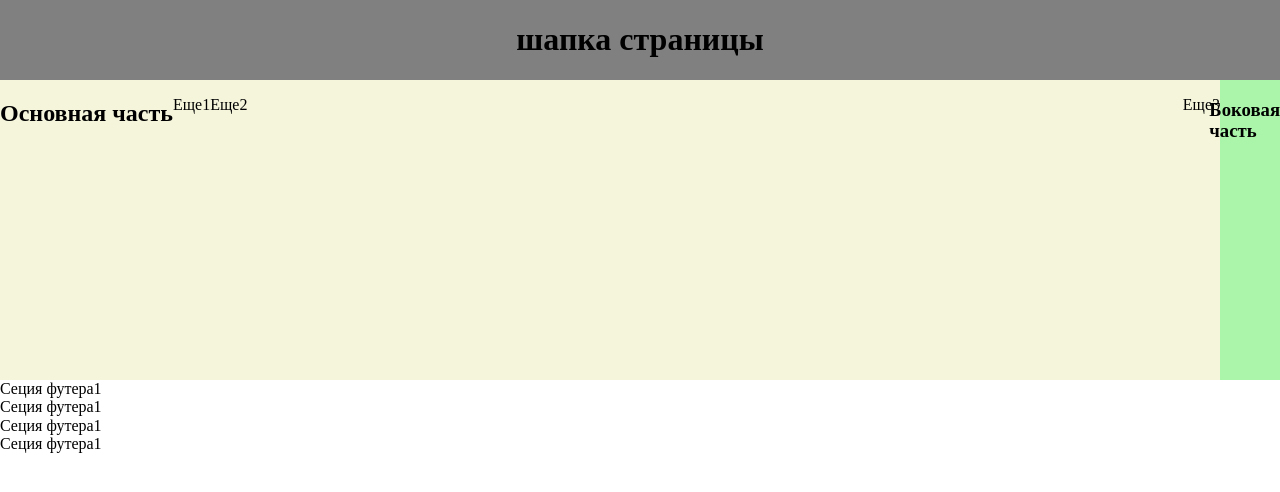
Repository: IrinaGetmanenko/week5
Page: week5/index.html
The author's editor kept a copy of each file at every save. The page is drawn from the files as they stood at one save, then again after the next save.
The browser window is 1280 px wide. The pictures show the whole page.

Above is the page before, as saved 2022-08-28 11:19:42.

After the next save:
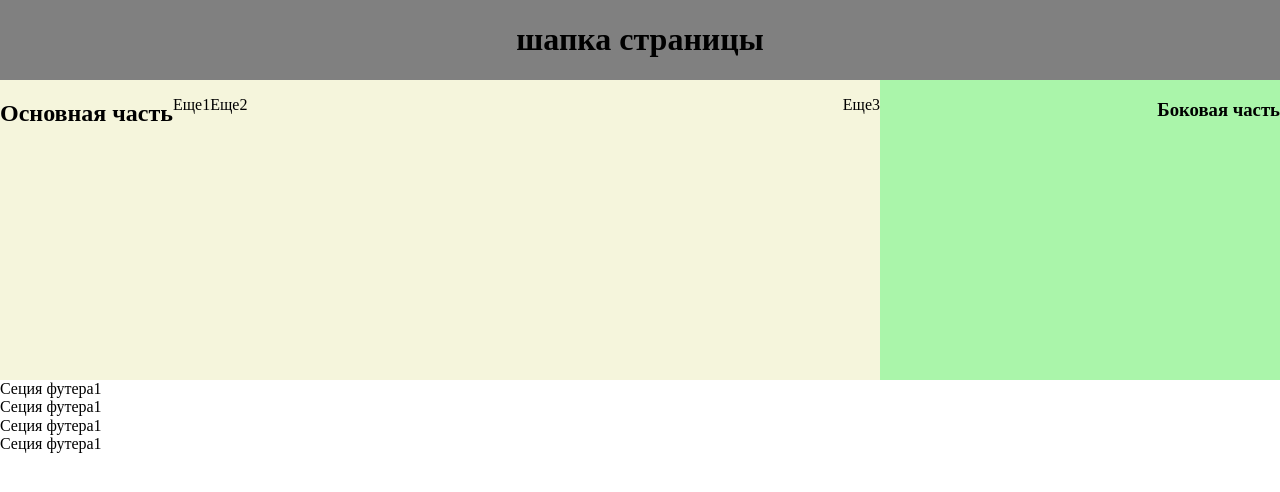
Saved 7 s later.
--- a/week5/index.html
+++ b/week5/index.html
@@ -39,7 +39,7 @@
     display: flex;
     justify-content: flex-end;
     height: 300px;
-    width: 60px;
+    width: 400px;
     background-color: rgb(170, 245, 170);
 
 
